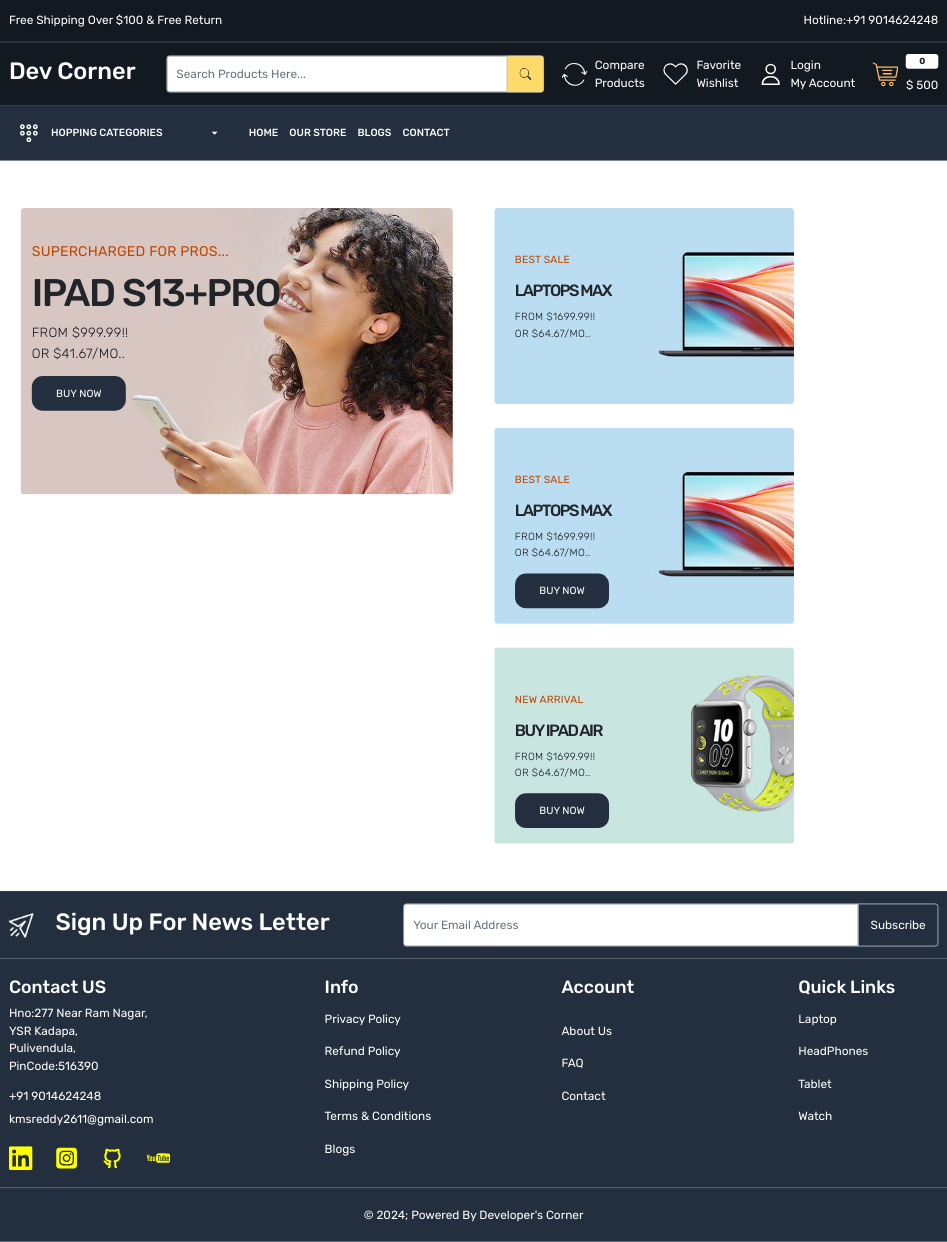
Repository: maniheist/ecommerce-app
Page: /
An editor plug-in stored every save of this project. The page is shown before and after the next save, followed by the edit.
The browser window is 1280 px wide. The pictures show the whole page, at 74% of full size.
The project was rebuilt for these pictures with package versions that can differ from the ones it lists, and the page was loaded fresh each time. Also part of the build but not shown: src/pages/About.js, src/pages/Contact.js.

Above is the page before, as saved 2024-02-18 18:51:49.

After the next save:
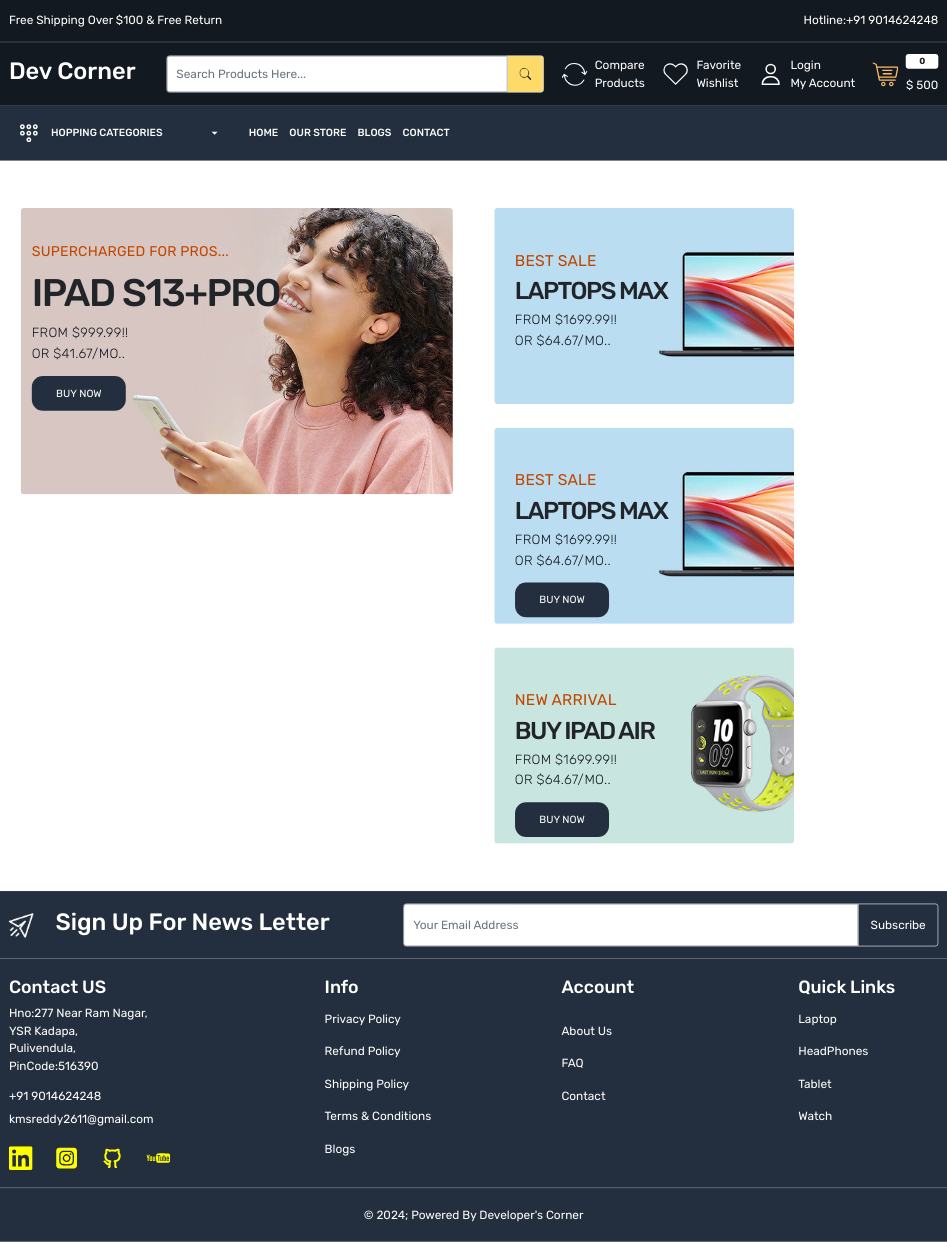
Saved 22 s later.
--- a/src/App.css
+++ b/src/App.css
@@ -169,7 +169,7 @@
 
 .small-banner-content h4{
 
-  font-size: 14px;
+  font-size: 21px;
   font-weight: 400;
   line-height: 24px;
   color:var(--color-bf4800);
@@ -178,7 +178,7 @@
   text-transform: uppercase;
 }
 .small-banner-content h5{
-  font-size: 22px;
+  font-size: 33px;
   font-weight: 500;
   line-height: 34px;
   letter-spacing: -2px;
@@ -187,8 +187,8 @@
 }
 
 .small-banner-content p{
-  font-size: 14px;
-  line-height: 22px;
+  font-size: 18px;
+  line-height: 28px;
   letter-spacing: 0.4px;
   font-weight: 100;
   color: var(--color-131921);
